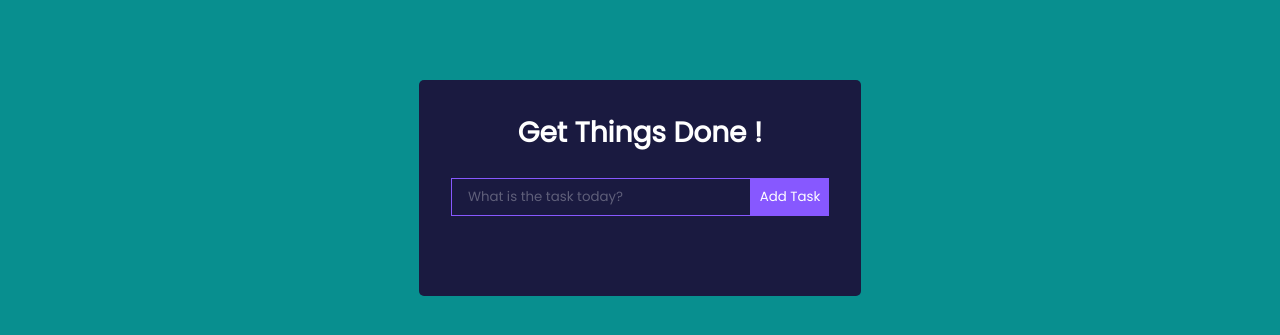
Repository: mfarhannr/Tugas-Reactjs_Farhan
Page: / (app in todolist-app-react-js/)
These files come from the project's save history. The page is drawn as it stood at one moment and after the next save; the edit follows.
The browser window is 1280 px wide. The pictures show the whole page.
The project was rebuilt for these pictures with package versions that can differ from the ones it lists, and the page was loaded fresh each time. Also part of the build but not shown: todolist-app-react-js/src/components/Todo.js, todolist-app-react-js/src/components/EditTodoForm.js.

Above is the page before, as saved 2024-05-10 14:13:09.

After the next save:
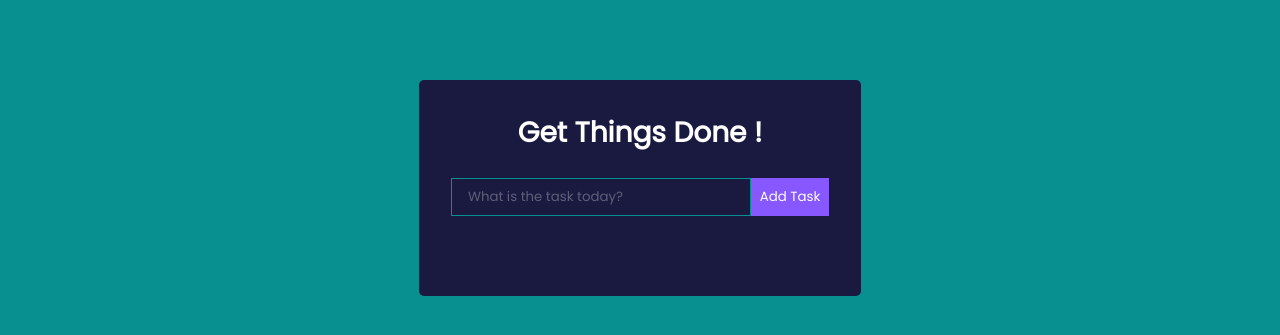
Saved 6 s later.
--- a/todolist-app-react-js/src/App.css
+++ b/todolist-app-react-js/src/App.css
@@ -39,7 +39,7 @@ h1 {
 .todo-input {
   outline: none;
   background: none;
-  border: 1px solid #8758ff;
+  border: 1px solid #088F8F;
   padding: 0.5rem 1rem;
   margin-top: 1rem;
   margin-bottom: 2rem;
